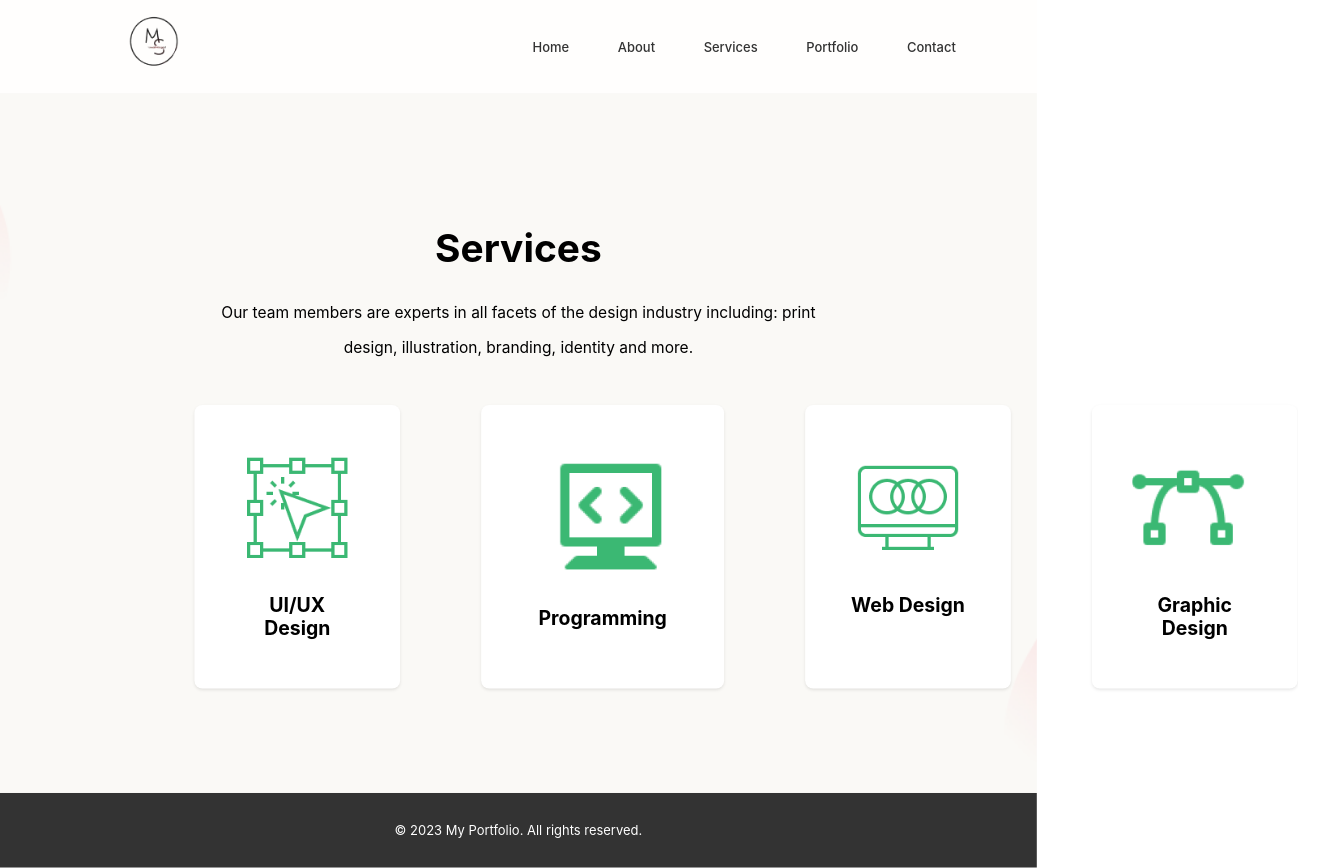
Repository: MEROO1010/Portfolio_00
Page: /services (app in portfolio_00/)
An editor plug-in stored every save of this project. The page is shown before and after the next save, followed by the edit.
The browser window is 1280 px wide. The page is 1602 px wide, then 1652 px, so the pictures cover 1652 px, including what lies to the right of the window. The pictures show the whole page, at 81% of full size.
The project was rebuilt for these pictures with package versions that can differ from the ones it lists, and the page was loaded fresh each time. Also part of the build but not shown: portfolio_00/src/components/Home.jsx, portfolio_00/src/components/About.jsx, portfolio_00/src/components/Portfolio.jsx, portfolio_00/src/components/Contact.jsx.

Above is the page before, as saved 2024-11-19 10:16:53.

After the next save:
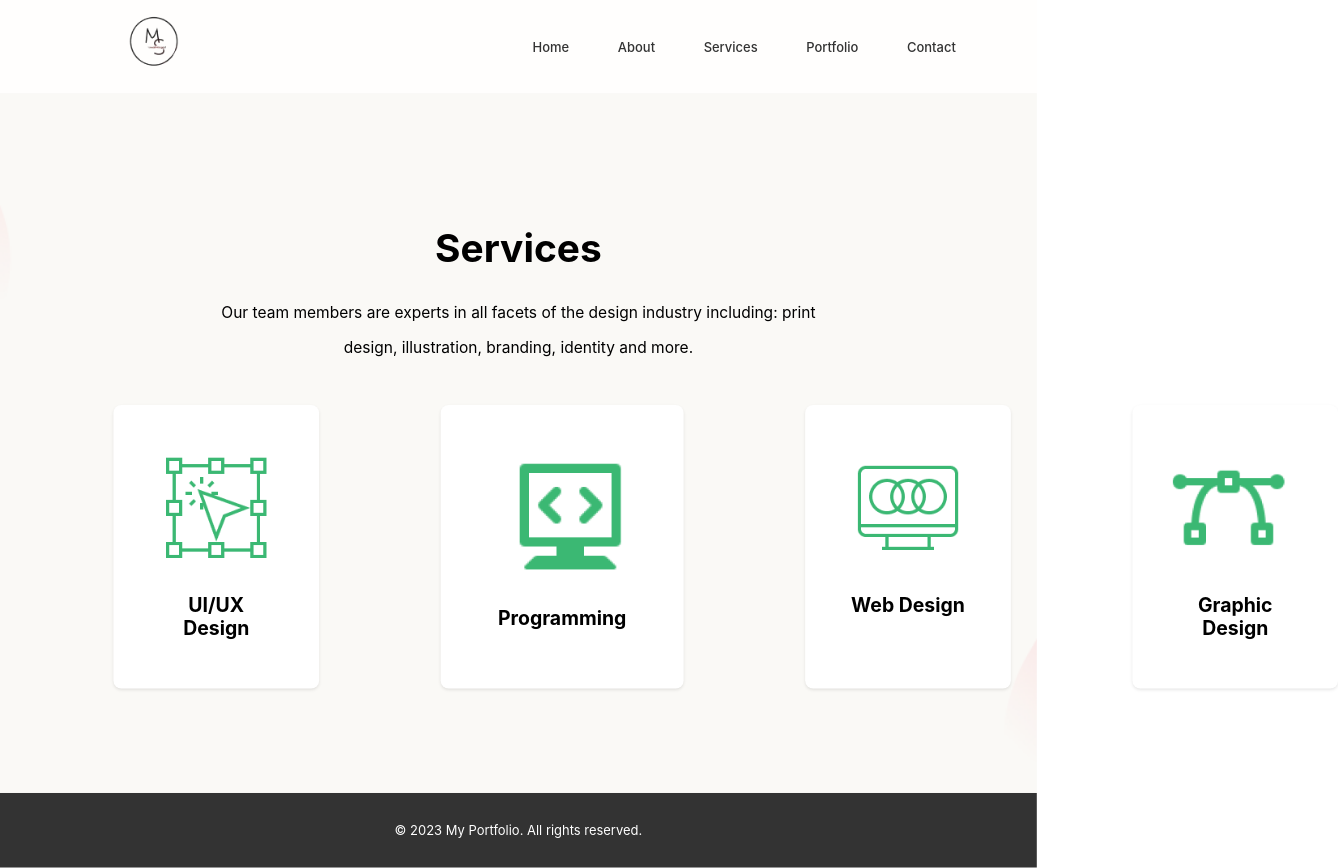
Saved 11 s later.
--- a/portfolio_00/src/components/Services.jsx
+++ b/portfolio_00/src/components/Services.jsx
@@ -48,7 +48,7 @@ const ServiceCard = styled.div`
   box-shadow: 0 2px 4px rgba(0, 0, 0, 0.1);
   text-align: center;
   width: 200px;
-  margin-left: 10%;
+  margin-right: 15%;
   float: left;
   position: relative;
 
